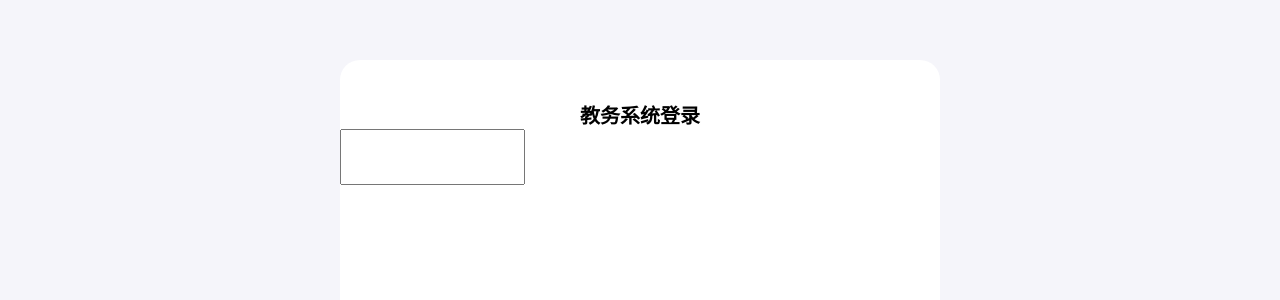
Repository: yangziteng/System
Page: / (app in myreact/)
These files come from the project's save history. The page is drawn as it stood at one moment and after the next save; the edit follows.
The browser window is 1280 px wide. The pictures show the whole page.
The project was rebuilt for these pictures with package versions that can differ from the ones it lists, and the page was loaded fresh each time. Also part of the build but not shown: myreact/vite.config.js, myreact/src/App.css, myreact/src/App.jsx, myreact/src/log.jsx.

Above is the page before, as saved 2022-07-08 12:03:46.

### myreact/src/main.jsx
import React from 'react'
import ReactDOM from 'react-dom/client'
import App from './App'
import LOG from './log'
import './index.css'
import Login from "./pages/Login/Login"
const p = {name:"杨",age:12}
ReactDOM.createRoot(document.getElementById('root')).render(
  <React.StrictMode>
    {/* //解构赋值 语法 */}

    <Login/>


  </React.StrictMode>
)

### myreact/src/pages/Login/Login.jsx
import { useState } from 'react'
import { Component } from 'react'
import "./Login.css"
class Login extends Component {
    constructor() {
        super()
    }
    render() {
        return (
            <div className='bgc'>
                <div className='model'>
                    <div className='model-head'>教务系统登录</div>
                    <div className='model-body'>
                        <input type="text" className='model-body-input' />
                    </div>
                </div>
            </div>
        )
    }
}
export default Login

### myreact/src/pages/Login/Login.css

.bgc{
    background-color: rgba(245,245,250);
    width: 100vw;
    height: 100vh;
    display:flex;
    align-items: center;
}
.model{
    width: 600px;
    height: 600px;
    background-color: white;
    border-radius: 20px;
    margin:0 auto;
}
.model-head{
    text-align: center;
    margin-top:40px;
    font-size: 20px;
    font-weight: 800;
}
.model-body{
    display: flex;
    align-items: center;
}
.model-body-input{
    height: 50px;
}

Loaded but not shown: myreact/index.html (common file); myreact/src/index.css (common file)

After the next save:
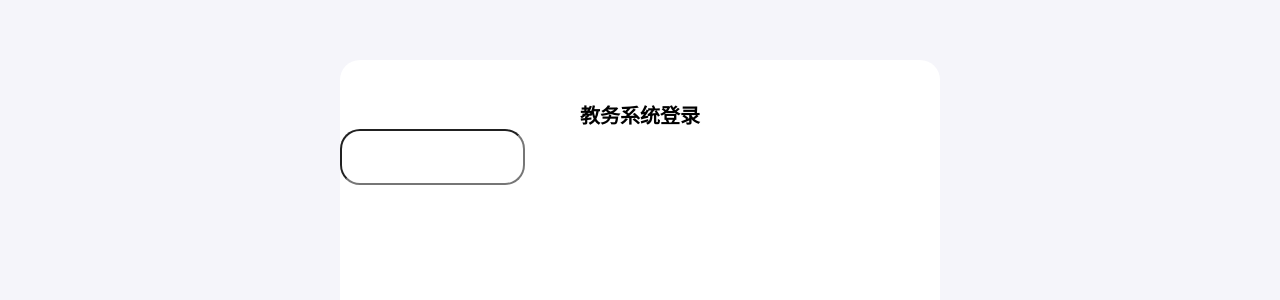
Saved 9 s later.
--- a/myreact/src/pages/Login/Login.css
+++ b/myreact/src/pages/Login/Login.css
@@ -25,4 +25,5 @@
 }
 .model-body-input{
     height: 50px;
+    border-radius: 20px;
 }
